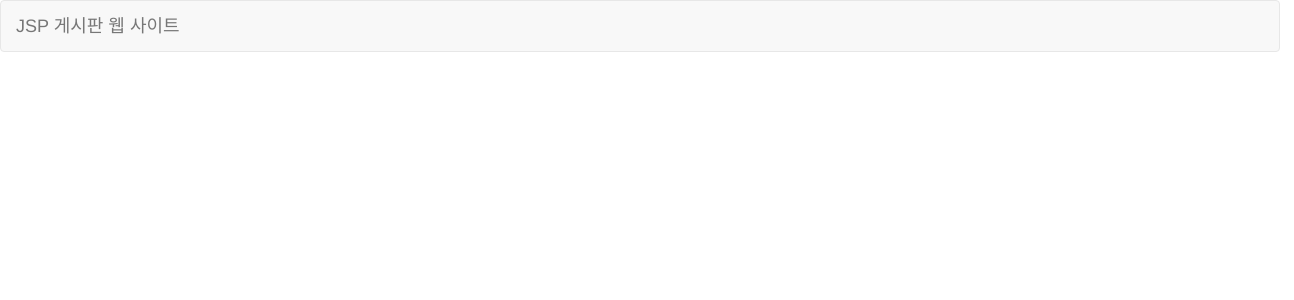
Repository: jeeyune/JSP-Bulletin-Board
Page: http://localhost/BBS/join.jsp
The author's editor kept a copy of each file at every save. The page is drawn from the files as they stood at one save, then again after the next save.
The browser window is 1280 px wide. The page is 1280 px wide, then 1294 px, so the pictures cover 1294 px, including what lies to the right of the window. The pictures show the whole page.
The page is served by Tomcat 9.

Above is the page before, as saved 2020-01-10 07:07:50.

After the next save:
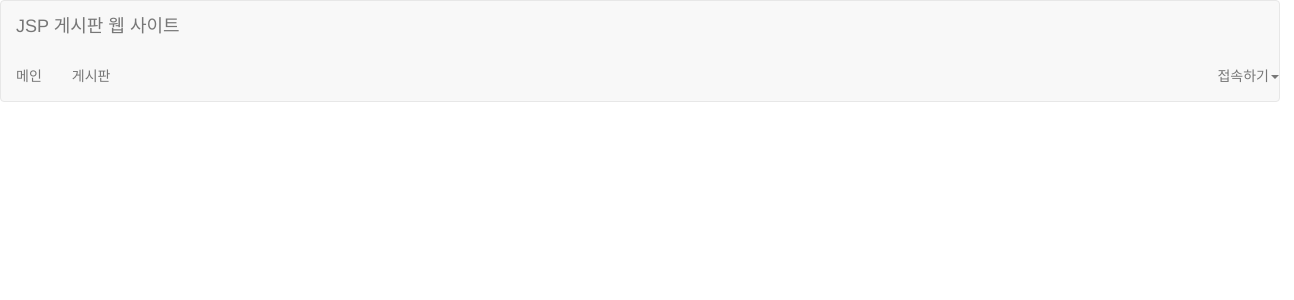
Saved 19 min 42 s later.
--- a/projects/BBS/WebContent/join.jsp
+++ b/projects/BBS/WebContent/join.jsp
@@ -20,6 +20,17 @@
 			</button>
 			<a class="navbar-brand" href="main.jsp"> JSP 게시판 웹 사이트</a>
 		</div>
+		<div class="collapse navbar-collapse" id="#bs-example-navbar-collapse-1"></div>
+			<ul class="nav navbar-nav">
+				<li><a href="main.jsp">메인</a></li>
+				<li><a href="bbs.jsp">게시판</a></li>
+			</ul>
+			<ul class="nav navbar-nav navbar-right">
+				<li class="dropdown" >
+					<a href="#" class="dropdown-toggle"
+						data-toggle="dropdown" role="button" aria-haspopup="true"
+						aria-expanded="false">접속하기<span class="caret"></span></a>
+			</ul>
 	</nav>
 	<script src="https://code.jquery.com/jquery-3.4.1.min.js"></script>
 	<script src="js/bootstrap.js"></script>
